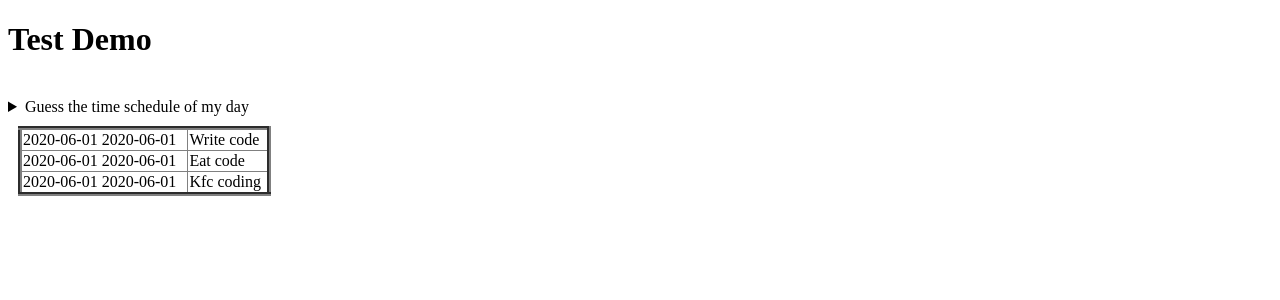
Repository: cavidk/taco_shop-web
Page: html basics/index.html
These files come from the project's save history. The page is drawn as it stood at one moment and after the next save; the edit follows.
The browser window is 1280 px wide. The pictures show the whole page.

Above is the page before, as saved 2024-06-07 12:45:08.

### html basics/index.html
<!DOCTYPE html>
<html lang="en">
<head>
   <meta charset="UTF-8">
   <meta name="viewport" content="width=device-width, initial-scale=1.0">
   <link rel="stylesheet" href="style.css" type="text/css"></link>
   <title>Document</title>
</head>
<body>
   <h1>Test Demo</h1>
<br>
   <aside>
   <details>
      <summary>Guess the time schedule of my day</summary>
      <p>Details</p>

   </aside>


   <table border="4">
   <tr id="border1">
      <td>
         <time datetime="2020-06-01">2020-06-01</time>
         <time datetime="11:00">2020-06-01</datetime>
      </td>
      <td>Write code</td>
      </tr>

      <tr>
         <td>
            <time datetime="2020-06-01">2020-06-01</time>
            <time datetime="11:00">2020-06-01</datetime>
         </td>
         <td>Eat code</td>
         </tr>

         <tr>
            <td>
               <time datetime="2020-06-01">2020-06-01</time>
               <time datetime="11:00">2020-06-01</datetime>
            </td>
            <td>Kfc coding</td>
            </tr>
   </table>

</body>
</html>

### html basics/style.css
table{
      width: 20%;
      border-collapse: collapse;
      margin: 10px;
      padding: 10px;;
      border-radius: 50px;
}

After the next save:
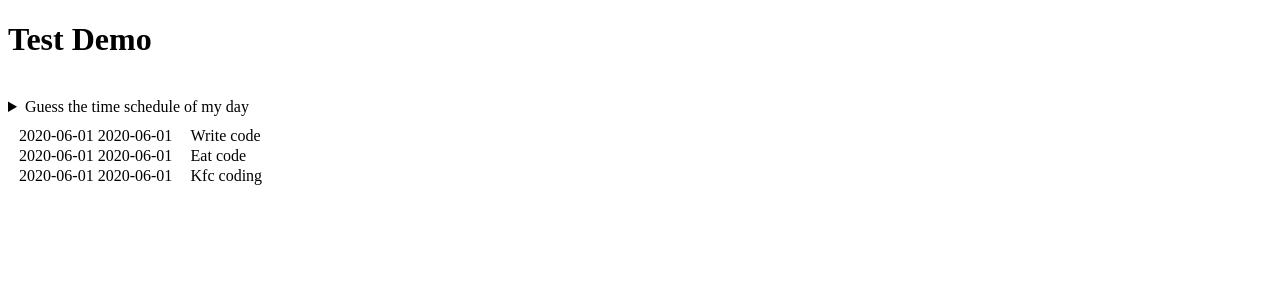
Saved 7 s later.
--- a/html basics/index.html
+++ b/html basics/index.html
@@ -17,7 +17,7 @@
    </aside>
 
 
-   <table border="4">
+   <table >
    <tr id="border1">
       <td>
          <time datetime="2020-06-01">2020-06-01</time>
